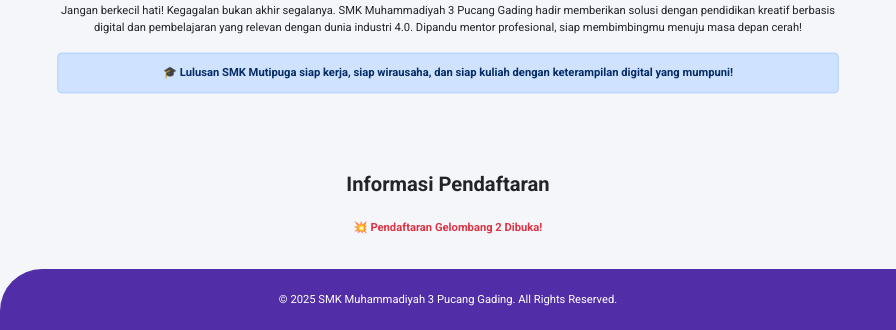
Repository: ppdbsmkmutipuga/ppdbsmkmutipuga.github.io
Page: index.html
An editor plug-in stored every save of this project. The page is shown before and after the next save, followed by the edit.
The browser window is 1280 px wide. The pictures show the part of the page from y = 486 to 2406 px (the page is 958 px tall before and 2809 px after), at 70% of full size.

Above is the page before, as saved 2025-06-29 02:40:44.

After the next save:
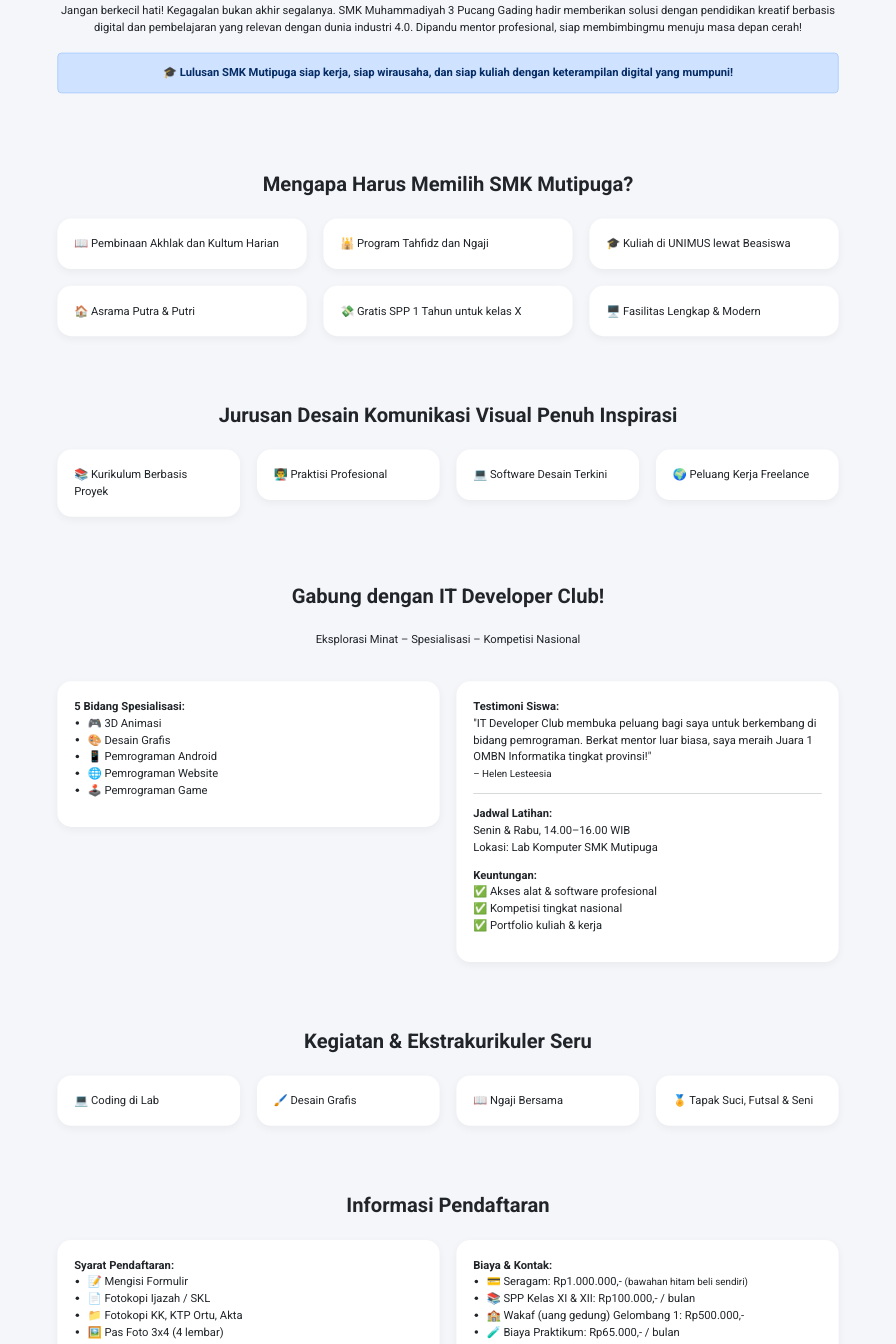
Saved 63 s later.
--- a/index.html
+++ b/index.html
@@ -34,10 +34,136 @@
         </div>
     </section>
 
-    <!-- Bagian lainnya tetap seperti semula, tambahkan class "fade-in" pada section -->
+    <section class="container py-5 fade-in">
+        <h2 class="section-title">Mengapa Harus Memilih SMK Mutipuga?</h2>
+        <div class="row g-4">
+            <div class="col-md-4">
+                <div class="card-custom">📖 Pembinaan Akhlak dan Kultum Harian</div>
+            </div>
+            <div class="col-md-4">
+                <div class="card-custom">🕌 Program Tahfidz dan Ngaji</div>
+            </div>
+            <div class="col-md-4">
+                <div class="card-custom">🎓 Kuliah di UNIMUS lewat Beasiswa</div>
+            </div>
+            <div class="col-md-4">
+                <div class="card-custom">🏠 Asrama Putra & Putri</div>
+            </div>
+            <div class="col-md-4">
+                <div class="card-custom">💸 Gratis SPP 1 Tahun untuk kelas X</div>
+            </div>
+            <div class="col-md-4">
+                <div class="card-custom">🖥️ Fasilitas Lengkap & Modern</div>
+            </div>
+        </div>
+    </section>
+
+    <section class="container py-5 fade-in">
+        <h2 class="section-title">Jurusan Desain Komunikasi Visual Penuh Inspirasi</h2>
+        <div class="row g-4">
+            <div class="col-md-3">
+                <div class="card-custom">📚 Kurikulum Berbasis Proyek</div>
+            </div>
+            <div class="col-md-3">
+                <div class="card-custom">👨‍🏫 Praktisi Profesional</div>
+            </div>
+            <div class="col-md-3">
+                <div class="card-custom">💻 Software Desain Terkini</div>
+            </div>
+            <div class="col-md-3">
+                <div class="card-custom">🌍 Peluang Kerja Freelance</div>
+            </div>
+        </div>
+    </section>
+
+    <section class="container py-5 fade-in">
+        <h2 class="section-title">Gabung dengan IT Developer Club!</h2>
+        <p class="text-center">Eksplorasi Minat – Spesialisasi – Kompetisi Nasional</p>
+        <div class="row g-4 mt-4">
+            <div class="col-md-6">
+                <div class="card-custom">
+                    <strong>5 Bidang Spesialisasi:</strong>
+                    <ul>
+                        <li>🎮 3D Animasi</li>
+                        <li>🎨 Desain Grafis</li>
+                        <li>📱 Pemrograman Android</li>
+                        <li>🌐 Pemrograman Website</li>
+                        <li>🕹️ Pemrograman Game</li>
+                    </ul>
+                </div>
+            </div>
+            <div class="col-md-6">
+                <div class="card-custom">
+                    <strong>Testimoni Siswa:</strong>
+                    <blockquote>"IT Developer Club membuka peluang bagi saya untuk berkembang di bidang pemrograman.
+                        Berkat mentor luar biasa, saya meraih Juara 1 OMBN Informatika tingkat provinsi!"<br><small>–
+                            Helen Lesteesia</small></blockquote>
+                    <hr>
+                    <p><strong>Jadwal Latihan:</strong><br>
+                        Senin & Rabu, 14.00–16.00 WIB<br>
+                        Lokasi: Lab Komputer SMK Mutipuga</p>
+                    <p><strong>Keuntungan:</strong><br>
+                        ✅ Akses alat & software profesional<br>
+                        ✅ Kompetisi tingkat nasional<br>
+                        ✅ Portfolio kuliah & kerja</p>
+                </div>
+            </div>
+        </div>
+    </section>
+
+    <section class="container py-5 fade-in">
+        <h2 class="section-title">Kegiatan & Ekstrakurikuler Seru</h2>
+        <div class="row g-4">
+            <div class="col-md-3">
+                <div class="card-custom">💻 Coding di Lab</div>
+            </div>
+            <div class="col-md-3">
+                <div class="card-custom">🖌️ Desain Grafis</div>
+            </div>
+            <div class="col-md-3">
+                <div class="card-custom">📖 Ngaji Bersama</div>
+            </div>
+            <div class="col-md-3">
+                <div class="card-custom">🏅 Tapak Suci, Futsal & Seni</div>
+            </div>
+        </div>
+    </section>
+
     <section id="pendaftaran" class="container py-5 fade-in">
         <h2 class="section-title">Informasi Pendaftaran</h2>
-        <!-- Isi pendaftaran -->
+        <div class="row g-4">
+            <div class="col-md-6">
+                <div class="card-custom">
+                    <strong>Syarat Pendaftaran:</strong>
+                    <ul>
+                        <li>📝 Mengisi Formulir</li>
+                        <li>📄 Fotokopi Ijazah / SKL</li>
+                        <li>📁 Fotokopi KK, KTP Ortu, Akta</li>
+                        <li>🖼️ Pas Foto 3x4 (4 lembar)</li>
+                    </ul>
+                    <p><strong>Jadwal:</strong><br>
+                        Gelombang 1: Jan–Mar 2025<br>
+                        Gelombang 2: Apr–Jun 2025</p>
+                    <div class="highlight-badge mt-3">Promo: Gratis SPP 1 Tahun*</div>
+                </div>
+            </div>
+            <div class="col-md-6">
+                <div class="card-custom">
+                    <strong>Biaya & Kontak:</strong>
+                    <ul class="mb-2">
+                        <li>💳 Seragam: Rp1.000.000,- <small>(bawahan hitam beli sendiri)</small></li>
+                        <li>📚 SPP Kelas XI & XII: Rp100.000,- / bulan</li>
+                        <li>🏫 Wakaf (uang gedung) Gelombang 1: Rp500.000,-</li>
+                        <li>🧪 Biaya Praktikum: Rp65.000,- / bulan</li>
+                    </ul>
+                    <hr>
+                    <p>📱 WhatsApp: 081325977099 (Pak Jasno)<br>
+                        ✉️ Email: smkmuh3puding@gmail.com<br>
+                        📍 Alamat: Jl. Pucang Gading Raya, Batursari, Kec.</p>
+                </div>
+            </div>
+        </div>
+        <p class="text-center mt-3"><small>*Syarat & ketentuan berlaku untuk pendaftar Gelombang 1</small></p>
     </section>
 
     <footer class="footer">
